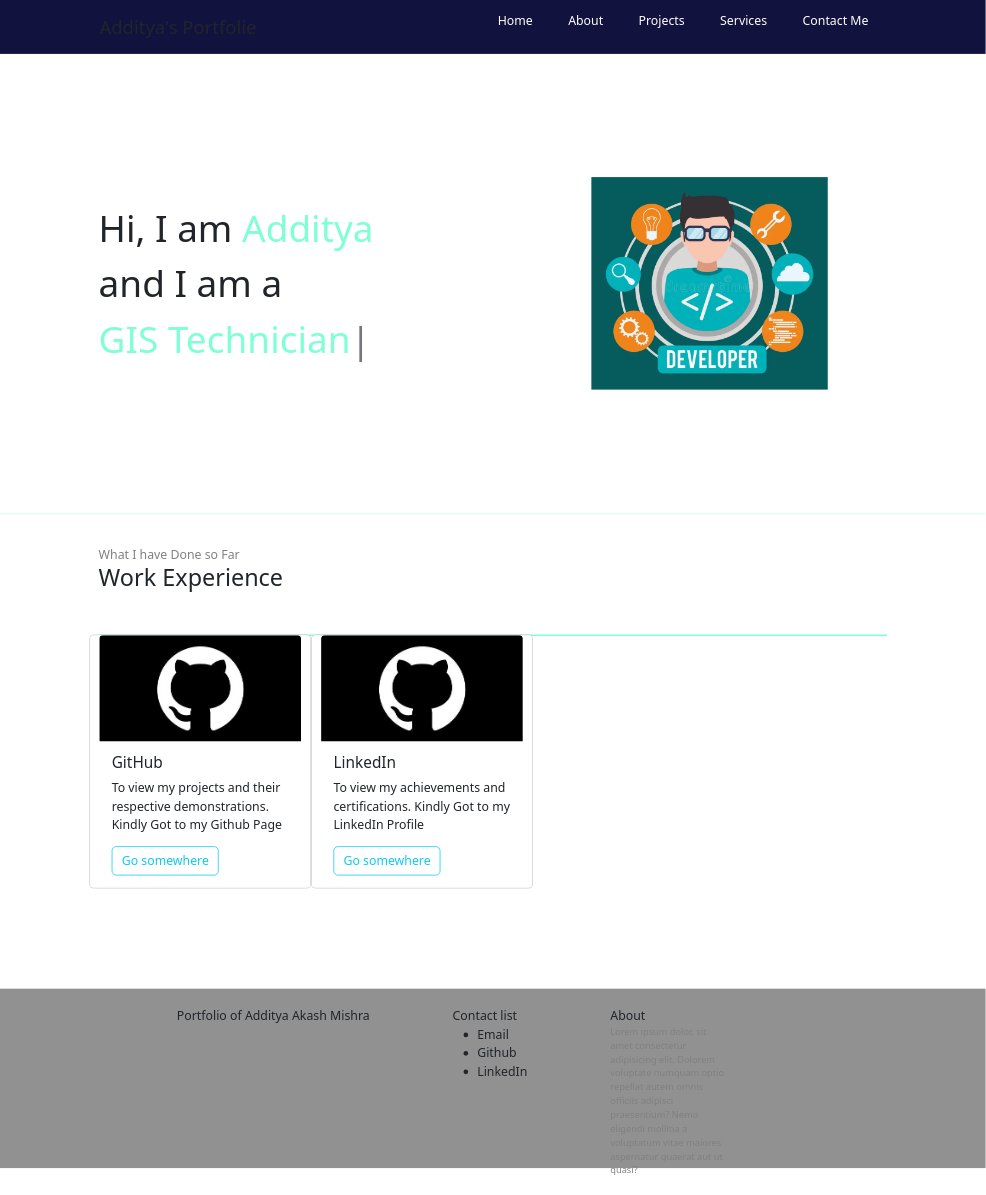
Repository: VictoriousMango/Portfolio
Page: index.html
These files come from the project's save history. The page is drawn as it stood at one moment and after the next save; the edit follows.
The browser window is 1280 px wide. The pictures show the whole page, at 77% of full size.

Above is the page before, as saved 2023-09-25 10:43:42.

### index.html
<!DOCTYPE html>
<html lang="en">

<head>
    <meta charset="UTF-8">
    <meta name="viewport" content="width=device-width, initial-scale=1.0">
    <title>Additya - Developer Portfolio</title>
    <style>
        * {
            margin: 0;
            padding: 0;
        }

        body {
            background-color: rgb(0, 0, 33);
            color: white;
            font-family: 'Poppins', sans-serif;
        }

        nav {
            display: flex;
            justify-content: space-around;
            align-items: center;
            height: 70px;
            width: auto;
            background-color: rgb(18, 18, 62);
        }

        nav ul {
            display: flex;
            justify-content: center;
        }

        nav ul li {
            list-style: none;
            margin: 0 23px;
        }

        nav ul li a {
            text-decoration: none;
            color: white;
        }

        nav ul li a:hover {
            color: rgb(153, 153, 226);
            font-size: 1.05rem;
        }

        main hr {
            border: 0;
            background: aquamarine;
            height: 1.2px;
            margin: 40px auto;
            opacity: 0.25;
        }

        text-gray {
            color: gray;
        }

        .left {
            font-size: 1.5rem;
        }

        .firstSection {
            display: flex;
            justify-content: space-around;
            align-items: center;
            margin: 110px 0;

        }

        .firstSection>div {
            width: 30%;
        }

        .secondSection {
            max-width: 80vw;
            margin: auto;
            height: 80vh;
        }

        .secondSection h1 {
            font-size: 1.9rem;
        }

        .secondSection .box {
            background: aquamarine;
            width: 80vw;
            height: 2px;
            margin: 56px 0;
            display: flex;
        }

        .secondSection .vertical {
            height: 93px;
            width: 1px;
            background-color: white;
            margin: 0 100px;
        }

        .vertical-title {
            position: relative;
            width: 23px;
            top: 71px;

        }

        .vertical-desc {
            position: relative;
            top: 86px;
            color: gray;
            width: 150px;
            font-size: 9px;
        }

        .image-top {
            width: 23px;
            position: relative;
            top: -32px;
            left: -9px;
        }

        .leftSection {
            font-size: 3rem;
        }

        /* .rightSection{
            background-color: red;
        } */
        .rightSection img {
            width: 80%;
            margin: 50px 0;
        }

        .purple {
            color: aquamarine;
        }

        .text-gray {
            color: grey;
        }
        footer{
            background-color: rgba(0, 0, 0, 0.432);
            height: 233px;
            opacity: 1;
        }
        .footer{
            display: flex;
            padding: 23px 122px;
            justify-content: space-evenly;
        }
        .footer > div {
            width: auto;
        }
        .about{
            position: relative;
            color: gray;
            width: 150px;
            font-size: 12px;
        }
        #element {
            color: aquamarine;
        }
    </style>
    <link href="https://cdn.jsdelivr.net/npm/bootstrap@5.3.2/dist/css/bootstrap.min.css" rel="stylesheet" integrity="sha384-T3c6CoIi6uLrA9TneNEoa7RxnatzjcDSCmG1MXxSR1GAsXEV/Dwwykc2MPK8M2HN" crossorigin="anonymous">
    <script src="https://cdn.jsdelivr.net/npm/@popperjs/core@2.11.8/dist/umd/popper.min.js" integrity="sha384-I7E8VVD/ismYTF4hNIPjVp/Zjvgyol6VFvRkX/vR+Vc4jQkC+hVqc2pM8ODewa9r" crossorigin="anonymous"></script>
    <script src="https://cdn.jsdelivr.net/npm/bootstrap@5.3.2/dist/js/bootstrap.min.js" integrity="sha384-BBtl+eGJRgqQAUMxJ7pMwbEyER4l1g+O15P+16Ep7Q9Q+zqX6gSbd85u4mG4QzX+" crossorigin="anonymous"></script>
</head>

<body>
    <header>
        <nav>
            <div class="left">Additya's Portfolie</div>
            <div class="right">
                <ul>
                    <li><a href="/">Home</a></li>
                    <li><a href="/">About</a></li>
                    <li><a href="/">Projects</a></li>
                    <li><a href="/">Services</a></li>
                    <li><a href="/">Contact Me</a></li>
                </ul>
            </div>
        </nav>
    </header>

    <main>
        <section class="firstSection">
            <div class="leftSection">
                Hi, I am <span class="purple">Additya</span>
                <div>and I am a</div>
                <span id="element"></span>
            </div>
            <div class="rightSection"><img src="Web Dev.webp" alt=""></div>
        </section>
        <hr>
        <section class="secondSection">
            <span class="text-gray">What I have Done so Far</span>
            <h1>Work Experience</h1>
            <div class="box">
                <div class="row row-cols-1 row-cols-md-3 g-4">
                    <div class="card" style="width: 18rem;">
                        <img src="Github.jpeg" class="card-img-top" alt="...">
                        <div class="card-body">
                          <h5 class="card-title">GitHub</h5>
                          <p class="card-text">To view my projects and their respective demonstrations. Kindly Got to my Github Page</p>
                          <a href="https://github.com/VictoriousMango" class="btn btn-outline-info">Go somewhere</a>
                        </div>
                    </div>

                    <div class="card mr-3" style="width: 18rem;">
                        <img src="Github.jpeg" class="card-img-top" alt="...">
                        <div class="card-body">
                          <h5 class="card-title">LinkedIn</h5>
                          <p class="card-text">To view my achievements and certifications. Kindly Got to my LinkedIn Profile</p>
                          <a href="https://github.com/VictoriousMango" class="btn btn-outline-info">Go somewhere</a>
                        </div>
                    </div>
                    </div>
            </div>


    </main>

    <footer>
        <div class="footer">

            <div class="footer-first">
                Portfolio of Additya Akash Mishra

            </div>
            <div class="footer-second">
                Contact list
                <ul>
                    <li>Email</li>
                    <li>Github</li>
                    <li>LinkedIn</li>
                </ul>
            </div>
            <div class="footer-third">
                About
                <div class="about">
                    Lorem ipsum dolor, sit amet consectetur adipisicing elit. Dolorem voluptate numquam optio repellat autem omnis officiis adipisci praesentium? Nemo eligendi mollitia a voluptatum vitae maiores aspernatur quaerat aut ut quasi?
                </div>
            </div>
            <div class="footer-fourth"></div>
        </div>
    </footer>

    <script src="https://unpkg.com/typed.js@2.0.16/dist/typed.umd.js"></script>
    <script>
        var typed = new Typed('#element', {
            strings: ['Web Developer', 'GIS Technician', 'Spatial Data Scientist'],
            typeSpeed: 50,
            loop: true,
            backSpeed: 25,
            backDelay: 2000
        });
    </script>
</body>

</html>

After the next save:
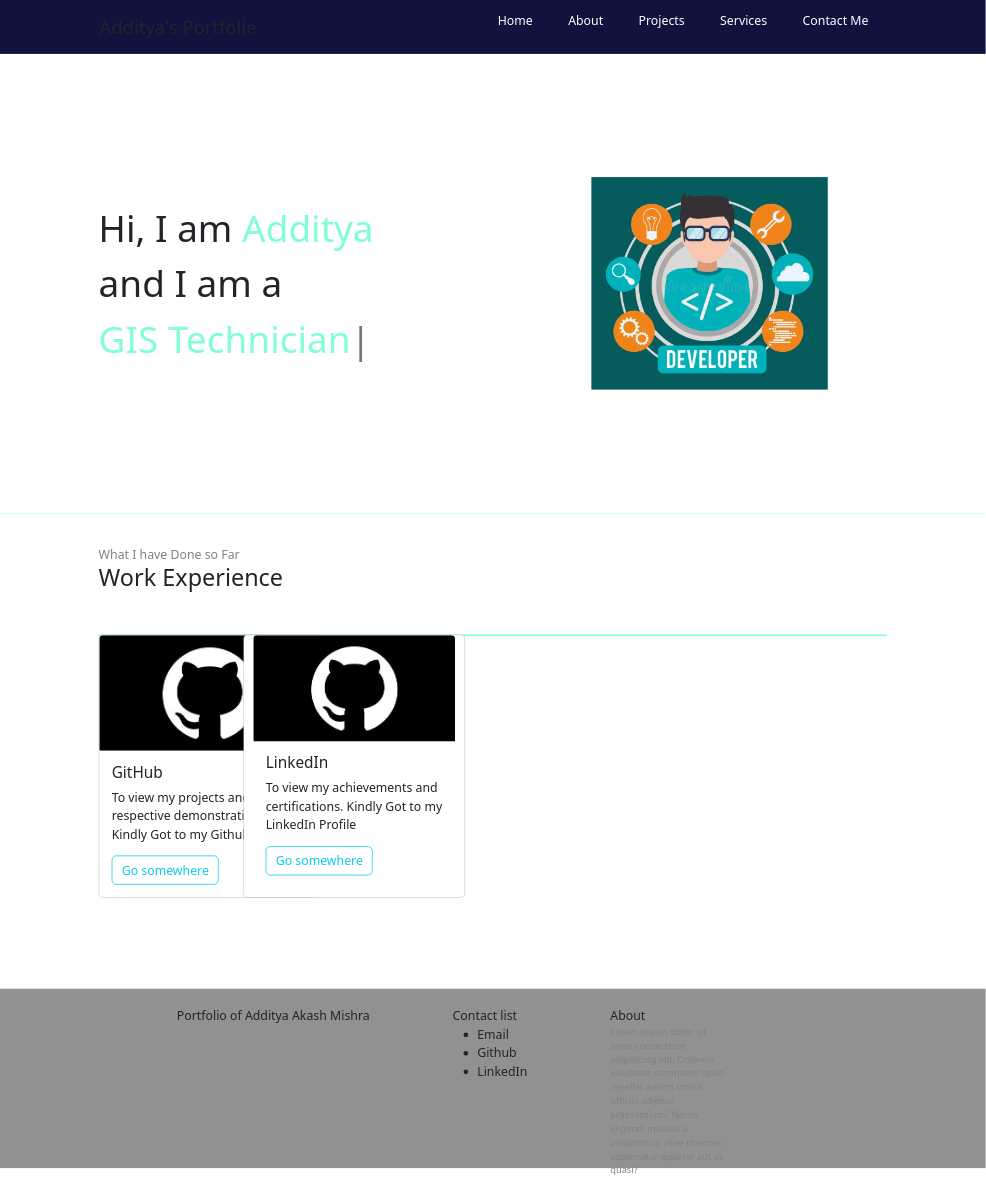
Saved 33 s later.
--- a/index.html
+++ b/index.html
@@ -199,6 +199,7 @@
             <h1>Work Experience</h1>
             <div class="box">
                 <div class="row row-cols-1 row-cols-md-3 g-4">
+                    <div class="col">
                     <div class="card" style="width: 18rem;">
                         <img src="Github.jpeg" class="card-img-top" alt="...">
                         <div class="card-body">
@@ -206,6 +207,7 @@
                           <p class="card-text">To view my projects and their respective demonstrations. Kindly Got to my Github Page</p>
                           <a href="https://github.com/VictoriousMango" class="btn btn-outline-info">Go somewhere</a>
                         </div>
+                    </div>
                     </div>
 
                     <div class="card mr-3" style="width: 18rem;">

After the 2 saves that followed:
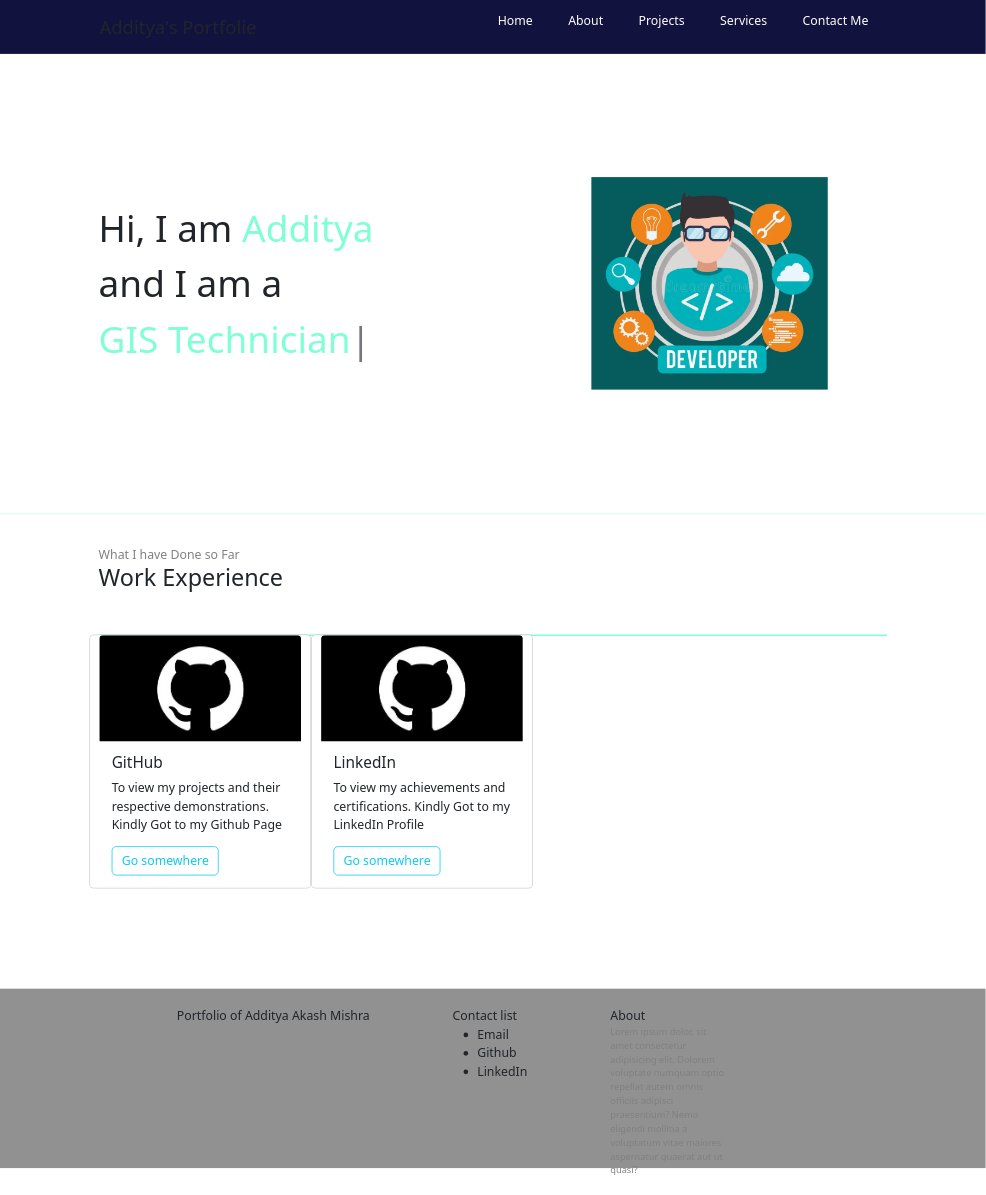
The 2 saves are shown as one change because 1 left the picture as it was.
The last was saved 44 s later.
--- a/index.html
+++ b/index.html
@@ -199,7 +199,6 @@
             <h1>Work Experience</h1>
             <div class="box">
                 <div class="row row-cols-1 row-cols-md-3 g-4">
-                    <div class="col">
                     <div class="card" style="width: 18rem;">
                         <img src="Github.jpeg" class="card-img-top" alt="...">
                         <div class="card-body">
@@ -207,7 +206,6 @@
                           <p class="card-text">To view my projects and their respective demonstrations. Kindly Got to my Github Page</p>
                           <a href="https://github.com/VictoriousMango" class="btn btn-outline-info">Go somewhere</a>
                         </div>
-                    </div>
                     </div>
 
                     <div class="card mr-3" style="width: 18rem;">
